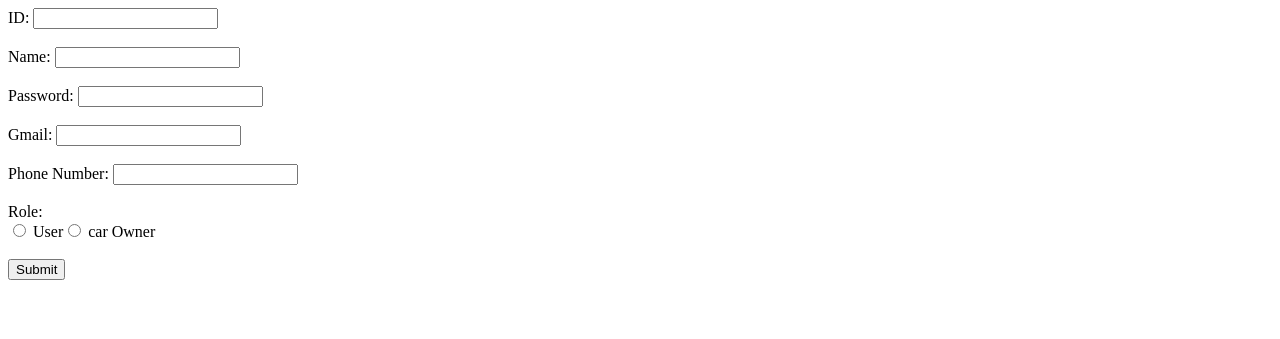
Repository: VimashaVishvani/VehicleRental
Page: http://localhost/Vehicle_rentalDb/Register.jsp
The author's editor kept a copy of each file at every save. The page is drawn from the files as they stood at one save, then again after the next save.
The browser window is 1280 px wide. The pictures show the whole page.
The page is served by Tomcat 9.

Above is the page before, as saved 2024-05-12 12:35:16.

After the next save:
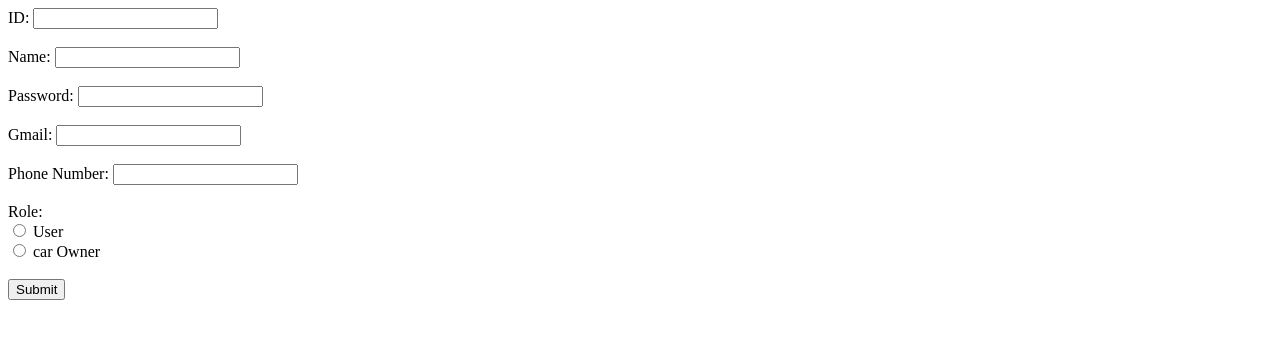
Saved 5 s later.
--- a/Vehicle_rentalDb/src/main/webapp/Register.jsp
+++ b/Vehicle_rentalDb/src/main/webapp/Register.jsp
@@ -25,7 +25,7 @@
 
         <label for="role">Role:</label>
         <br>
-        <input type="radio" id="role" name="role" value="user"><label> User</label><input type="radio" id="role" name="role" value="car owner"><label> car Owner</label><br><br>
+        <input type="radio" id="role" name="role" value="user"><label> User</label><br><input type="radio" id="role" name="role" value="car owner"><label> car Owner</label><br><br>
 
         <input type="submit" value="Submit">
     </form>
